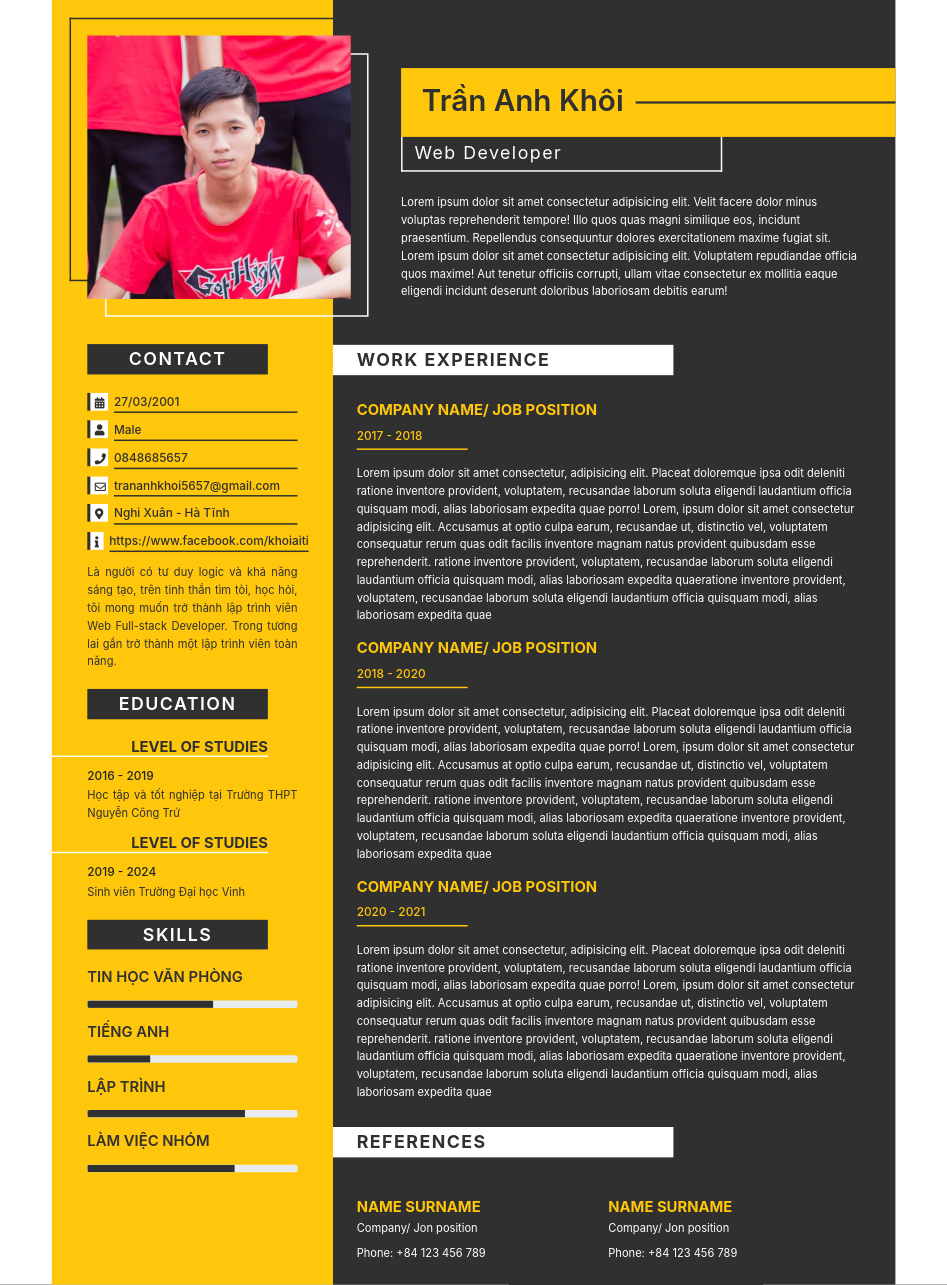
Repository: khoitadev/myCV
Page: index.html
These files come from the project's save history. The page is drawn as it stood at one moment and after the next save; the edit follows.
The browser window is 1280 px wide. The pictures show the whole page, at 74% of full size.
Some web libraries are served in a nearby version.

Above is the page before, as saved 2022-02-11 22:39:36.

### index.html
<!DOCTYPE html>
<html lang="en">
  <head>
    <meta charset="UTF-8" />
    <meta http-equiv="X-UA-Compatible" content="IE=edge" />
    <meta name="viewport" content="width=device-width, initial-scale=1.0" />
    <title>MY CV</title>
    <link
      rel="stylesheet"
      href="https://cdn.jsdelivr.net/npm/bootstrap@4.6.0/dist/css/bootstrap.min.css"
      integrity="sha384-B0vP5xmATw1+K9KRQjQERJvTumQW0nPEzvF6L/Z6nronJ3oUOFUFpCjEUQouq2+l"
      crossorigin="anonymous"
    />
    <link rel="preconnect" href="https://fonts.googleapis.com" />
    <link rel="preconnect" href="https://fonts.gstatic.com" crossorigin />
    <link
      href="https://fonts.googleapis.com/css2?family=Poppins:wght@400;600;700&display=swap"
      rel="stylesheet"
    />
    <link
      rel="stylesheet"
      href="https://pro.fontawesome.com/releases/v5.10.0/css/all.css"
      integrity="sha384-AYmEC3Yw5cVb3ZcuHtOA93w35dYTsvhLPVnYs9eStHfGJvOvKxVfELGroGkvsg+p"
      crossorigin="anonymous"
    />
    <link
      rel="icon"
      href="./assets/img/cv2.jpg"
      style="border-radius: 50%;"
      type="image/gif"
      sizes="16x16"
    />

    <link rel="stylesheet" href="./assets/css/style.css" />
  </head>
  <body>
    <div class="container">
      <div class="row">
        <div class="col-md-4 cv__left">
          <div class="cv__img">
            <img src="./assets/img/cv2.jpg" />
          </div>
          <div class="cv__body-left">
            <h2 class="heading__left">CONTACT</h2>
            <p class="text contact__text"><i class="fas fa-calendar-alt"></i> <span class="contact__line" >27/03/2001</span></p>
            <p class="text contact__text"><i class="fas fa-user"></i> <span class="contact__line" >Male</span></p>
            <p class="text contact__text">
              <i class="fas fa-phone"></i> <a class="contact__line" href="tel:0848685657">0848685657</a>
            </p>
            <p class="text contact__text">
              <i class="far fa-envelope"></i>
              <a class="contact__line" href="mailto:trananhkhoi5657@gmail.com"
                >trananhkhoi5657@gmail.com</a
              >
            </p>
            <p class="text contact__text">
              <i class="fas fa-map-marker-alt"></i> <span class="contact__line" >Nghi Xuân - Hà Tĩnh</span>
            </p>
            <p class="text contact__text">
              <i class="fas fa-info"></i>
              <a class="contact__line" href="https://www.facebook.com/khoiaiti"
                >https://www.facebook.com/khoiaiti</a
              >
            </p>
            <p class="text description">
            Là người có tư duy logic và khả năng sáng tạo, trên tinh thần tìm tòi, học hỏi, tôi mong muốn trở
            thành lập trình viên Web Full-stack Developer. Trong tương lai gần trở thành một lập trình viên toàn năng.
            </p>
            <h2 class="heading__left">EDUCATION</h2>
            <h3 class="edu__heading">LEVEL OF STUDIES</h3>
            <h4 class="edu__title">2016 - 2019</h4>
            <p class="text">Học tập và tốt nghiệp tại Trường THPT Nguyễn Công Trứ</p>
            <h3 class="edu__heading">LEVEL OF STUDIES</h3>
            <h4 class="edu__title">2019 - 2024</h4>
            <p class="text">Sinh viên Trường Đại học Vinh</p>

            <h2 class="heading__left">SKILLS</h2>
            <h3 class="heading__title">TIN HỌC VĂN PHÒNG</h3>

            <div class="progress progress__line" style="height: 10px">
              <div class="progress-bar" style="width: 60%; height: 10px; background-color: #303030;"></div>
            </div>

            <h3 class="heading__title">TIẾNG ANH</h3>

            <div class="progress progress__line" style="height: 10px">
              <div class="progress-bar" style="width: 30%; height: 10px; background-color: #303030;"></div>
            </div>

            <h3 class="heading__title">LẬP TRÌNH</h3>
            <div class="progress progress__line" style="height: 10px">
              <div class="progress-bar" style="width: 75%; height: 10px; background-color: #303030;"></div>
            </div>
            <h3 class="heading__title">LÀM VIỆC NHÓM</h3>
            <div class="progress progress__line" style="height: 10px">
              <div class="progress-bar" style="width: 70%; height: 10px; background-color: #303030;"></div>
            </div>
            <!-- <h3 class="heading__title">SKILL #5</h3>
            <div class="progress progress__line" style="height: 10px">
              <div class="progress-bar" style="width: 60%; height: 10px; background-color: #303030;"></div>
            </div> -->
          </div>
        </div>
        <div class="col-md-8 cv__right">
          <div class="cv__intro">
            <div class="name"><h2>Trần Anh Khôi</h2> <span></span></div>
            <h2 class="name__des">Web Developer</h2>
            <p class="text-toright">Lorem ipsum dolor sit amet consectetur adipisicing elit. Velit facere dolor minus voluptas reprehenderit tempore! Illo quos quas magni similique eos, incidunt praesentium. Repellendus consequuntur dolores exercitationem maxime fugiat sit.
              <br>
              Lorem ipsum dolor sit amet consectetur adipisicing elit. Voluptatem repudiandae officia quos maxime! Aut tenetur officiis corrupti, ullam vitae consectetur ex mollitia eaque eligendi incidunt deserunt doloribus laboriosam debitis earum!
            </p>
            <br>
          </div>
          <h2 class="heading__right">WORK EXPERIENCE</h2>
          <h3 class="work__heading">COMPANY NAME/ JOB POSITION</h3>
          <h4 class="work__title">2017 - 2018</h4>
          <p class="text-toright">Lorem ipsum dolor sit amet consectetur, adipisicing elit. Placeat doloremque ipsa odit deleniti ratione inventore provident, voluptatem, recusandae laborum soluta eligendi laudantium officia quisquam modi, alias laboriosam expedita quae porro!
            Lorem, ipsum dolor sit amet consectetur adipisicing elit. Accusamus at optio culpa earum, recusandae ut, distinctio vel, voluptatem consequatur rerum quas odit facilis inventore magnam natus provident quibusdam esse reprehenderit. ratione inventore provident, voluptatem, recusandae laborum soluta eligendi laudantium officia quisquam modi, alias laboriosam expedita quaeratione inventore provident, voluptatem, recusandae laborum soluta eligendi laudantium officia quisquam modi, alias laboriosam expedita quae
          </p>
          <h3 class="work__heading">COMPANY NAME/ JOB POSITION</h3>
          <h4 class="work__title">2018 - 2020</h4>
          <p class="text-toright">Lorem ipsum dolor sit amet consectetur, adipisicing elit. Placeat doloremque ipsa odit deleniti ratione inventore provident, voluptatem, recusandae laborum soluta eligendi laudantium officia quisquam modi, alias laboriosam expedita quae porro!
            Lorem, ipsum dolor sit amet consectetur adipisicing elit. Accusamus at optio culpa earum, recusandae ut, distinctio vel, voluptatem consequatur rerum quas odit facilis inventore magnam natus provident quibusdam esse reprehenderit. ratione inventore provident, voluptatem, recusandae laborum soluta eligendi laudantium officia quisquam modi, alias laboriosam expedita quaeratione inventore provident, voluptatem, recusandae laborum soluta eligendi laudantium officia quisquam modi, alias laboriosam expedita quae
          </p>
          <h3 class="work__heading">COMPANY NAME/ JOB POSITION</h3>
          <h4 class="work__title">2020 - 2021</h4>
          <p class="text-toright">Lorem ipsum dolor sit amet consectetur, adipisicing elit. Placeat doloremque ipsa odit deleniti ratione inventore provident, voluptatem, recusandae laborum soluta eligendi laudantium officia quisquam modi, alias laboriosam expedita quae porro!
            Lorem, ipsum dolor sit amet consectetur adipisicing elit. Accusamus at optio culpa earum, recusandae ut, distinctio vel, voluptatem consequatur rerum quas odit facilis inventore magnam natus provident quibusdam esse reprehenderit. ratione inventore provident, voluptatem, recusandae laborum soluta eligendi laudantium officia quisquam modi, alias laboriosam expedita quaeratione inventore provident, voluptatem, recusandae laborum soluta eligendi laudantium officia quisquam modi, alias laboriosam expedita quae
          </p>
          <h2 class="heading__right">REFERENCES</h2>
          <div class="ref">
            <div class="ref-left">
              <h3 class="work__heading">NAME SURNAME</h3>
              <p class="text-toright">Company/ Jon position
              </p>
              <p class="text-toright">Phone: +84 123 456 789
              </p>
            </div>
            <div class="ref-right">
              <h3 class="work__heading">NAME SURNAME</h3>
              <p class="text-toright">Company/ Jon position
              </p>
              <p class="text-toright">Phone: +84 123 456 789
              </p>
            </div>
          </div>
        </div>
      </div>
    </div>
  </body>
</html>

### assets/css/style.css
:root {
  --primary-color: #fec70b;
  --second-color: #303030;
  --white-color: #fff;
}
* {
  margin: 0;
  padding: 0;
  box-sizing: border-box;
}
html {
  font-family: "Poppins", sans-serif;
  font-size: 62.5%;
  color: var(--white-color);
}

img {
  width: 100%;
  object-fit: cover;
}
a {
  text-decoration: none;
  display: inline-block;
  color: var(--second-color);
}
a:hover {
  color: var(--white-color);
}
p {
  font-size: 1.5rem;
  line-height: 1.6;
  color: var(--white-color);
}
i {
  position: relative;
  margin: 0 8px 0 4px;
  padding: 6px;
  background-color: var(--white-color);
  font-size: 1.5rem;
  color: var(--second-color);
  width: 2.4rem;
  height: 2.4rem;
  text-align: center;
}
i::after {
  content: "";
  display: block;
  position: absolute;
  background-color: var(--second-color);
  top: 0;
  left: -4px;
  bottom: 0;
  width: 4px;
  z-index: 1;
}
.cv__left {
  padding: 2.4rem;
  background-color: var(--primary-color);
}

.cv__img {
  position: relative;
  right: -2.4rem;
  bottom: -2.4rem;
  z-index: 1;
  text-align: right;
  margin-right: -2.4rem;
}
.cv__img::before {
  content: "";
  display: block;
  position: absolute;
  border-top: 2px solid var(--second-color);
  border-bottom: 2px solid var(--second-color);
  border-left: 2px solid var(--second-color);
  top: -2.4rem;
  left: -2.4rem;
  right: 0rem;
  bottom: 2.4rem;
  z-index: -1;
}
.cv__img::after {
  content: "";
  display: block;
  position: absolute;
  border: 2px solid var(--white-color);
  top: 2.4rem;
  left: 2.4rem;
  right: -2.4rem;
  bottom: -2.4rem;
  z-index: -1;
}
.cv__img img {
  min-width: 90%;
  height: auto;
}

.cv__body-left {
  padding: 6rem 2.4rem 0 2.4rem;
}

.cv__contact {
  border-bottom: 2px solid var(--second-color);
}

.heading__left {
  margin: 2.5rem 4rem 2.5rem 0;
  padding: 0.6rem;
  color: #fff;
  background-color: var(--second-color);
  max-width: 42rem;
  font-size: 2.4rem;
  font-weight: 600;
  text-align: center;
  letter-spacing: 2px;
}
.edu__heading{
  font-size: 2rem;
  text-align: end;
  border-bottom: 2px solid var(--white-color);
  margin: 1.6rem 4rem 1.6rem -4.8rem;
  color: var(--second-color);
  font-weight: 700;
}
.edu__title{
  font-size: 1.6rem;
  font-weight: 500;
}
.edu__title + .text {
  text-align: justify;
}

.cv__right {
  padding: 3.2rem 4.8rem 2rem 3.2rem;
  background-color: var(--second-color);
}
.cv__intro {
  margin-left: 6rem;
}
.name {
  display: flex;
  align-items: center;
  padding: 2rem 0 2rem 2.8rem;
  margin: 6rem -4.8rem 0 0;
  background-color: var(--primary-color);
}
.name h2 {
  color: var(--second-color);
  font-size: 4rem;
  font-weight: 600;
}
.name span {
  margin-left: 1.6rem;
  background-color: var(--second-color);
  height: 3px;
  flex: 1;
}

.name__des {
  display: inline-block;
  margin-bottom: 3rem;
  color: var(--white-color);
  font-size: 2.4rem;
  font-weight: 400;
  width: 70%;
  letter-spacing: 2px;
  padding: 0.8rem 1.6rem;
  border-right: 2px solid var(--white-color);
  border-bottom: 2px solid var(--white-color);
  border-left: 2px solid var(--white-color);
}
.heading__right {
  margin: 3.5rem 0 3.5rem -3.2rem;
  padding: 0.6rem 3.2rem;
  background-color: var(--white-color);
  color:var(--second-color);
  max-width: 46rem;
  font-size: 2.4rem;
  font-weight: 700;
  letter-spacing: 2px;
}

.heading__title {
  margin: 8px 0;
  color: var(--second-color);
  font-size: 2rem;
  font-weight: 600;
}
.work__heading{
  margin-top: 2rem;
  font-size: 2rem;
  color: var(--primary-color);
  font-weight: 700;
}
.work__title{
  margin-bottom: 2rem;
  padding: 8px 0;
  max-width: 15rem;
  font-size: 1.6rem;
  color: var(--primary-color);
  font-weight: 500;
  border-bottom: 2px solid var(--primary-color);
}
.time {
  font-size: 1.4rem;
  font-weight: 300;
}
.progress__line {
  margin: 2rem 0;
}
.interests {
  list-style: circle;
  padding-left: 2rem;
}
.text {
  font-size: 1.5rem;
  line-height: 1.6;
  color: var(--second-color);
}
.text-toright {
  color: var(--white-color);
}
.description {
  margin-top: 1.6rem;
  text-align: justify;
}
.contact__text {
  display: flex;
}
.contact__line {
  flex: 1;
  font-size: 1.6rem;
  font-weight: 500;
  border-bottom: 2px solid var(--second-color);
}
.ref {
  display: flex;
}
.ref-left, .ref-right {
  flex: 1;
}

After the next save:
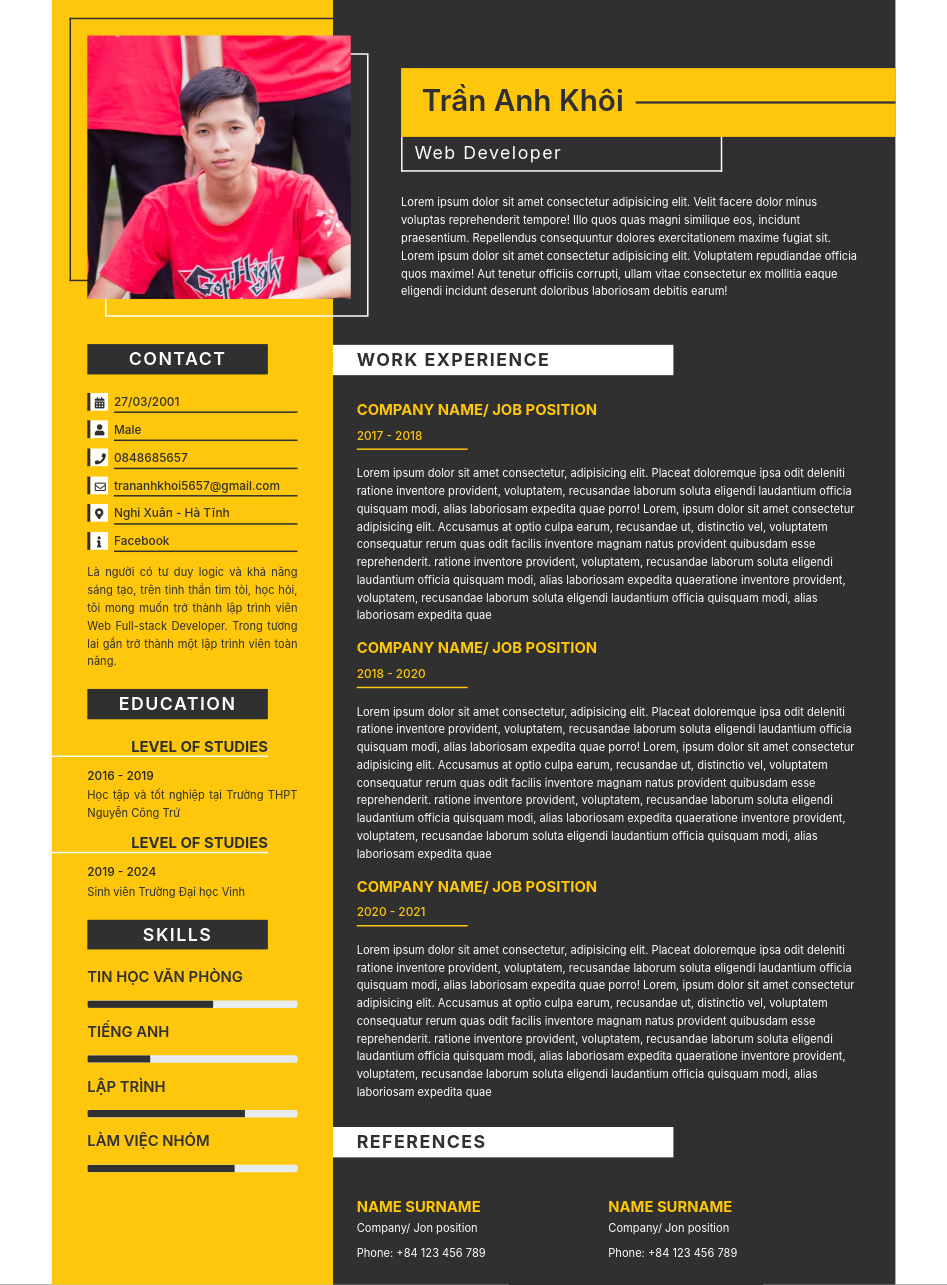
Saved 91 s later.
--- a/index.html
+++ b/index.html
@@ -59,7 +59,7 @@
             <p class="text contact__text">
               <i class="fas fa-info"></i>
               <a class="contact__line" href="https://www.facebook.com/khoiaiti"
-                >https://www.facebook.com/khoiaiti</a
+                >Facebook</a
               >
             </p>
             <p class="text description">
